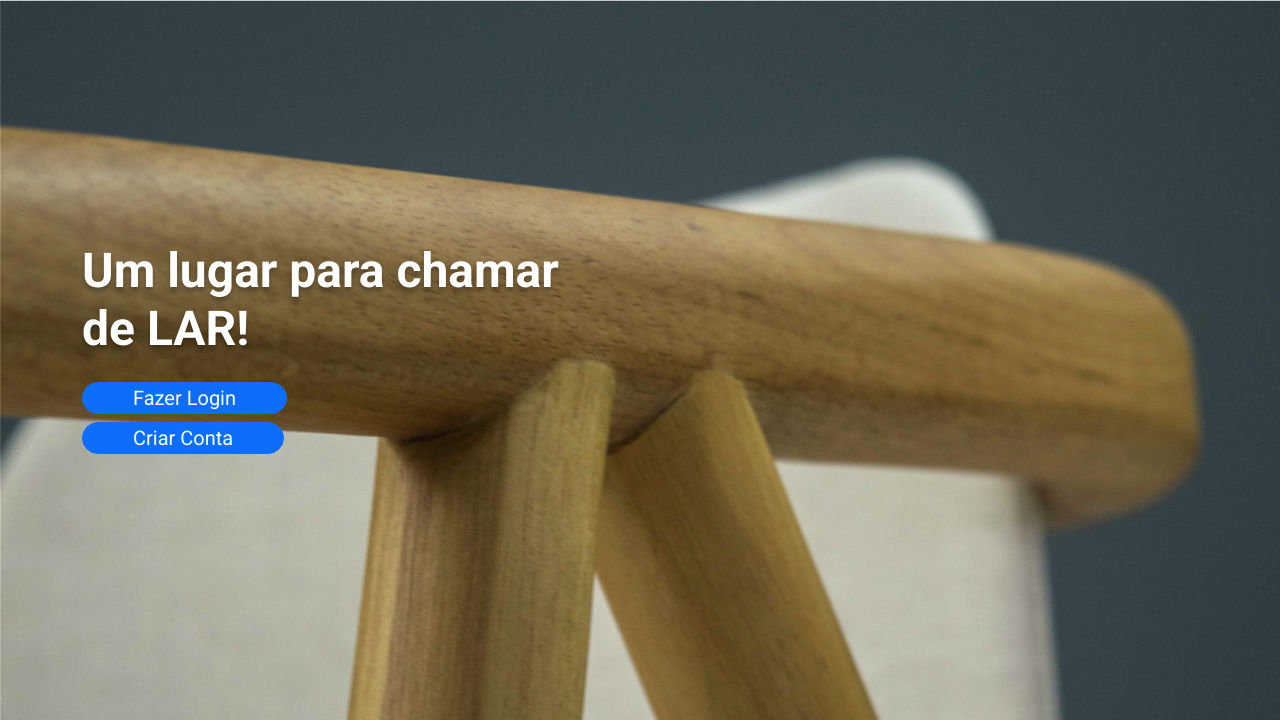
Repository: telesbp/Projeto-4-e-Projeto-5
Page: / (app in front-end/)
An editor plug-in stored every save of this project. The page is shown before and after the next save, followed by the edit.
The browser window is 1280 px wide. The pictures show the whole page.
The project was rebuilt for these pictures with package versions that can differ from the ones it lists, and the page was loaded fresh each time.

Above is the page before, as saved 2022-07-17 15:47:59.

After the next save:
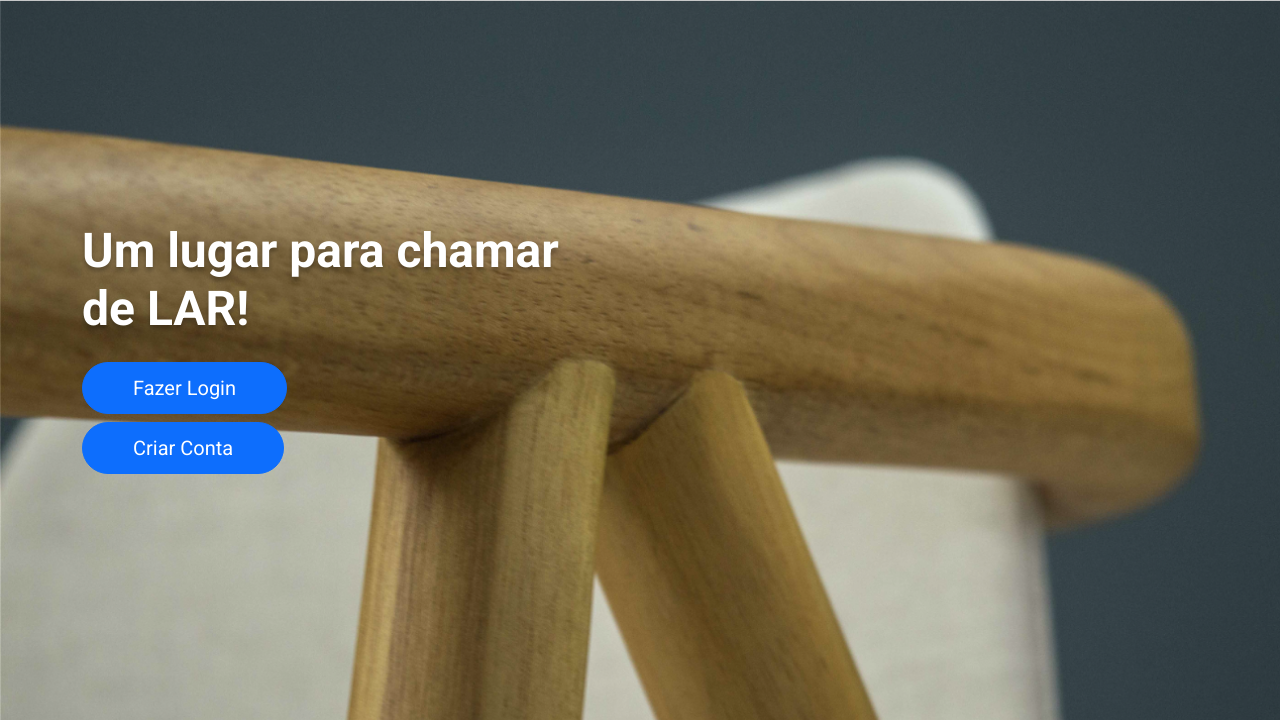
Saved 19 s later.
--- a/front-end/src/components/CustomButton/index.tsx
+++ b/front-end/src/components/CustomButton/index.tsx
@@ -9,5 +9,5 @@ export function CustomButton(props: ButtonProps ) {
 const ButtonStyled = styled(Button)`
     border-radius: 50px;
     font-weight: 500;
-    padding:0 50px 0 50px;
+    padding:10px 50px 10px 50px;
 `
